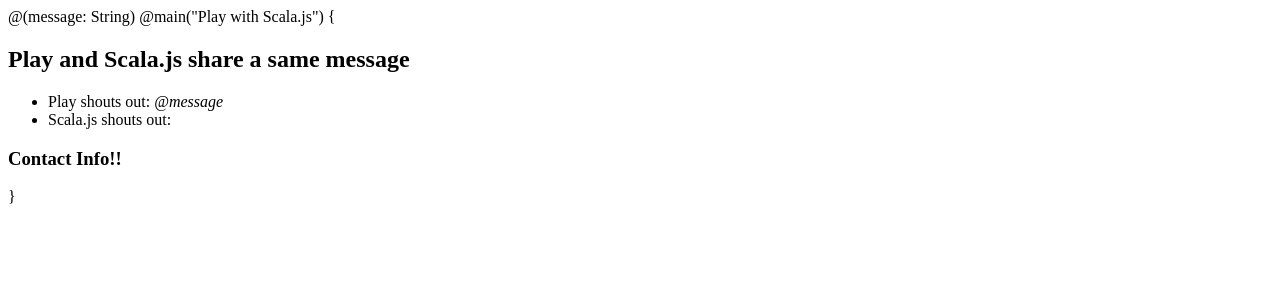
Repository: arthurfeeney/Interior-Design
Page: server/app/views/index.scala.html
These files come from the project's save history. The page is drawn as it stood at one moment and after the next save; the edit follows.
The browser window is 1280 px wide. The pictures show the whole page.

Above is the page before, as saved 2019-03-31 18:24:14.

### server/app/views/index.scala.html
@(message: String)

@main("Play with Scala.js") {
<h2>Play and Scala.js share a same message</h2>
<ul>
  <li>Play shouts out: <em>@message</em></li>
  <li>Scala.js shouts out: <em id="scalajsShoutOut"></em></li>
</ul>

<h3> Contact Info!! </h3>
}

After the next save:
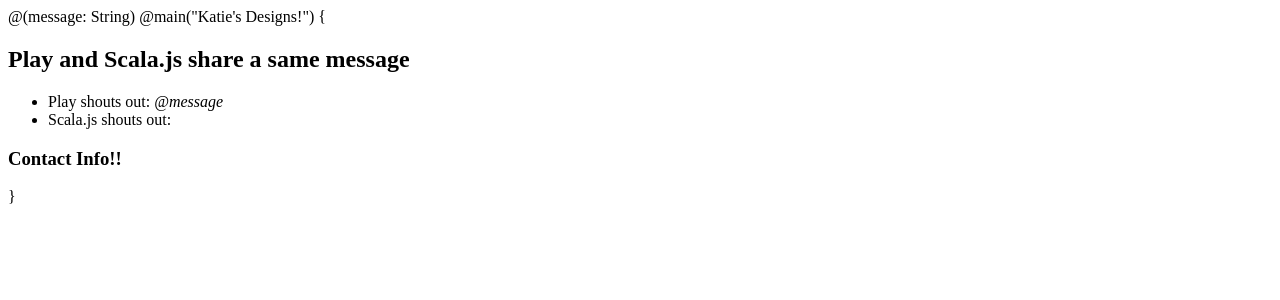
Saved 29 min 51 s later.
--- a/server/app/views/index.scala.html
+++ b/server/app/views/index.scala.html
@@ -1,6 +1,6 @@
 @(message: String)
 
-@main("Play with Scala.js") {
+@main("Katie's Designs!") {
 <h2>Play and Scala.js share a same message</h2>
 <ul>
   <li>Play shouts out: <em>@message</em></li>
